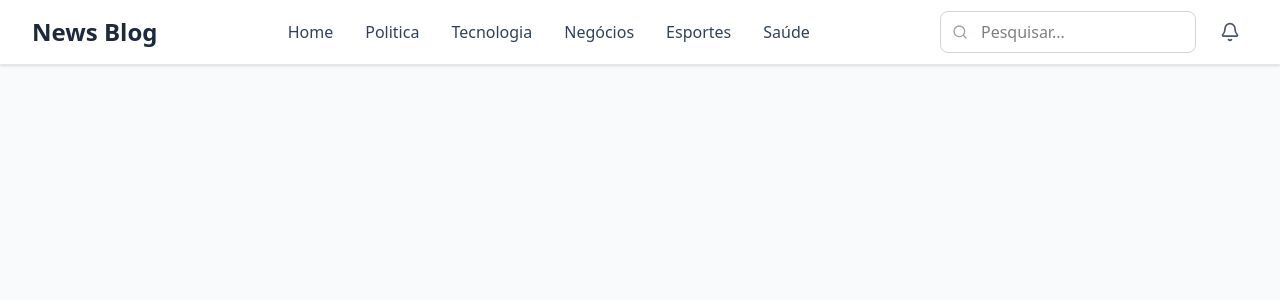
Repository: estevam02009/news-blog
Page: /
These files come from the project's save history. The page is drawn as it stood at one moment and after the next save; the edit follows.
The browser window is 1280 px wide. The pictures show the whole page.
The project was rebuilt for these pictures with package versions that can differ from the ones it lists, and the page was loaded fresh each time. Also part of the build but not shown: vite.config.ts.

Above is the page before, as saved 2025-08-08 17:04:47.

After the next save:
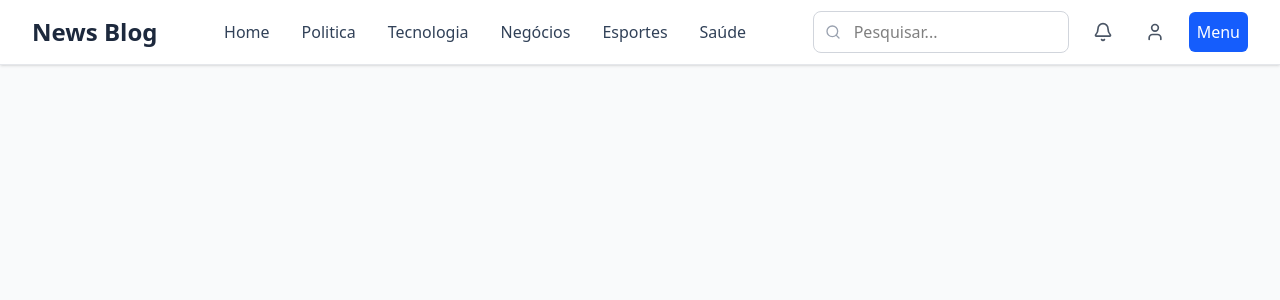
Saved 31 s later.
--- a/src/components/Header.tsx
+++ b/src/components/Header.tsx
@@ -34,6 +34,12 @@ const Header: React.FC = () => {
                         <button className='p-2 text-gray-600 hover:text-blue-600 transition-colors'>
                             <Bell className='h-5 w-5' />
                         </button>
+                        <button className='p-2 text-gray-600 hover:text-blue-600 transition-colors'>
+                            <User className='h-5 w-5' />
+                        </button>
+                        <button className='p-2 text-white bg-blue-600 rounded-md hover:bg-blue-700 transition-colors'>
+                            Menu
+                        </button>
                     </div>
                 </div>
             </div>
